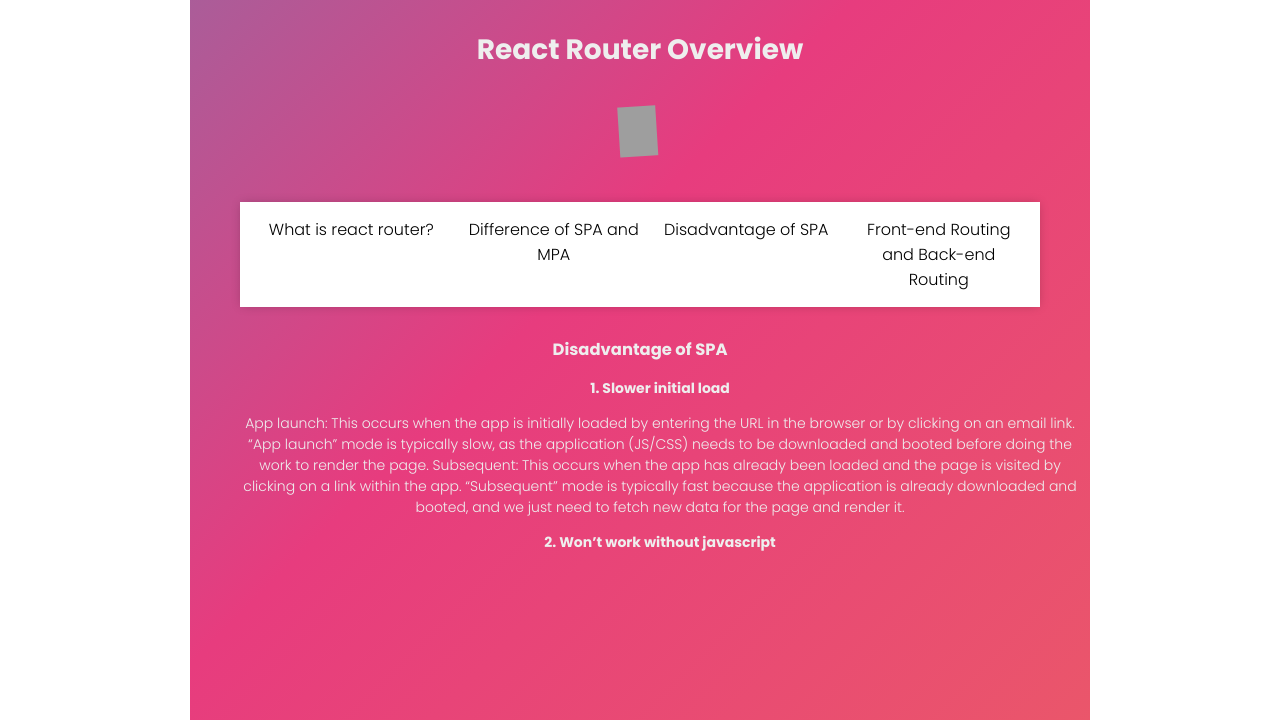
Repository: nguy3nds/2021-18-9-react
Page: /Nam
The author's editor kept a copy of each file at every save. The page is drawn from the files as they stood at one save, then again after the next save.
The browser window is 1280 px wide. The pictures show the whole page.
Pictures or frames that could not be fetched are drawn as grey boxes. The project was rebuilt for these pictures with package versions that can differ from the ones it lists, and the page was loaded fresh each time. Also part of the build but not shown: src/components/What.js, src/components/How.js, src/components/Tung.js.

Above is the page before, as saved 2021-09-20 08:11:44.

After the next save:
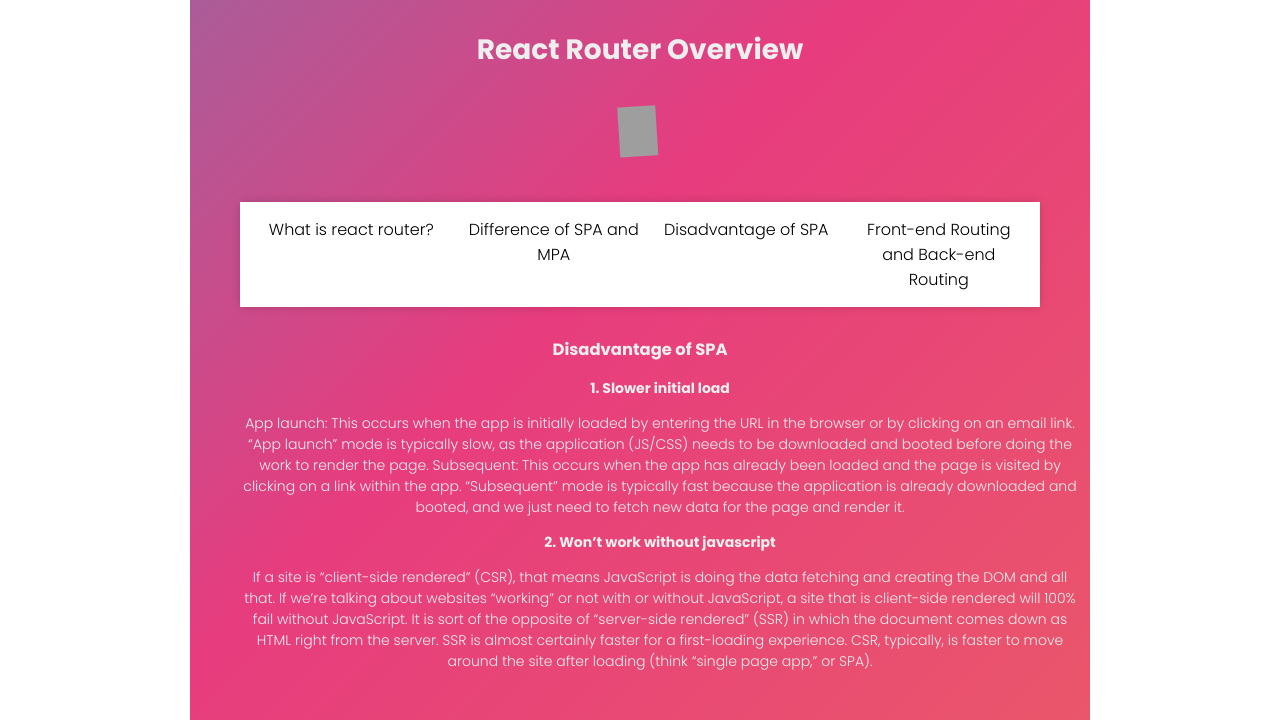
Saved 9 s later.
--- a/src/components/Why.js
+++ b/src/components/Why.js
@@ -19,6 +19,17 @@ export default function Why() {
         </li>
         <li>
           <b>2. Won’t work without javascript</b>
+          <p>
+            If a site is “client-side rendered” (CSR), that means JavaScript is
+            doing the data fetching and creating the DOM and all that. If we’re
+            talking about websites “working” or not with or without JavaScript,
+            a site that is client-side rendered will 100% fail without
+            JavaScript. It is sort of the opposite of “server-side rendered”
+            (SSR) in which the document comes down as HTML right from the
+            server. SSR is almost certainly faster for a first-loading
+            experience. CSR, typically, is faster to move around the site after
+            loading (think “single page app,” or SPA).
+          </p>
         </li>
       </ul>
     </div>
